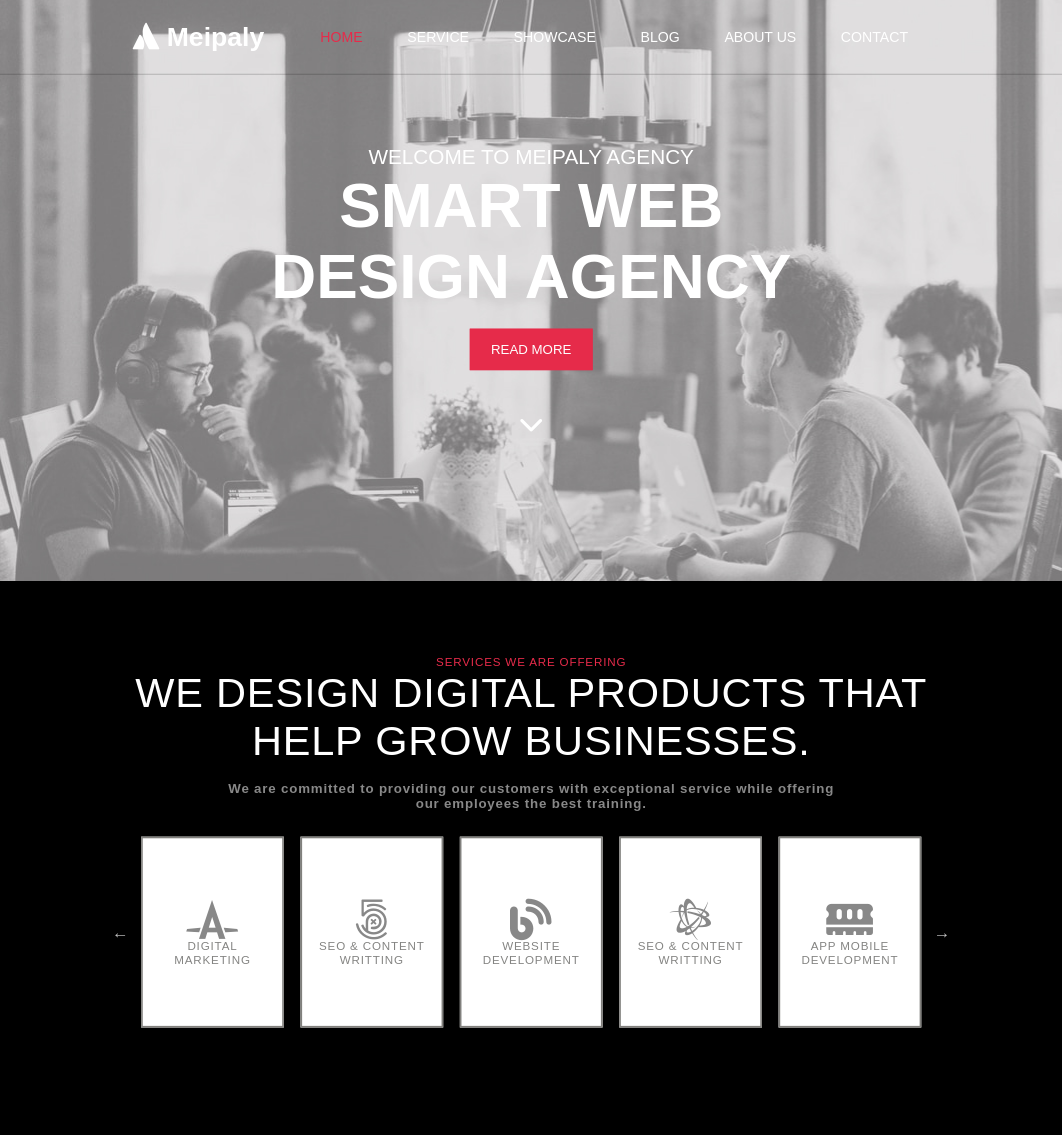
Repository: tudo1611/BC44_HTML5-CSS3_B6_MAIPALY_DO-TRUNG-TU
Page: index.html
An editor plug-in stored every save of this project. The page is shown before and after a run of saves, followed by the edit.
The browser window is 1280 px wide. The pictures show the whole page, at 83% of full size.
Some web fonts or font styles are not loaded; a fallback is used.

Above is the page before, as saved 2023-01-26 21:20:41.

### index.html
<!DOCTYPE html>
<html lang="en">
  <head>
    <meta charset="UTF-8" />
    <meta http-equiv="X-UA-Compatible" content="IE=edge" />
    <meta name="viewport" content="width=device-width, initial-scale=1.0" />
    <title>Document</title>
    <link
      rel="stylesheet"
      href="https://cdnjs.cloudflare.com/ajax/libs/font-awesome/6.2.1/css/all.min.css"
    />
    <!-- slick  -->
    <link rel="stylesheet" href="./css/slick.css" />
    <link rel="stylesheet" href="./css/slick-theme.css" />
    <!-- main css  -->
    <link rel="stylesheet" href="./css/style.css" />
  </head>
  <body>
    <header>
      <div class="header__content">
        <div class="header__logo">
          <i class="fab fa-atlassian"></i>
          <span>Meipaly</span>
        </div>
        <nav>
          <ul>
            <li class="active"><a href="#">Home</a></li>
            <li><a href="#">Service</a></li>
            <li><a href="#">Showcase</a></li>
            <li><a href="#">Blog</a></li>
            <li><a href="#">About us</a></li>
            <li><a href="#">Contact</a></li>
          </ul>
        </nav>
      </div>
    </header>
    <section class="banner"></section>
    <section class="carousel">
      <div class="carousel__content">
        <p>WELCOME TO MEIPALY AGENCY</p>
        <h1>
          SMART WEB <br />
          DESIGN AGENCY
        </h1>
        <button>READ MORE</button>
        <div class="carousel__scroll">
          <i class="fa fa-chevron-down"></i>
        </div>
      </div>
    </section>
    <section class="service">
      <div class="service__content">
        <div class="service__title">
          <p>SERVICES WE ARE OFFERING</p>
          <h2>WE DESIGN DIGITAL PRODUCTS THAT HELP GROW BUSINESSES.</h2>
          <p>
            We are committed to providing our customers with exceptional service
            while offering <br />
            our employees the best training.
          </p>
        </div>
        <div class="service__slider">
          <div class="slick-content">
            <div class="item">
              <i class="fa fa-dice-d6"></i>
              <p>
                APP MOBILE <br />
                DEVELOPMENT
              </p>
            </div>
            <div class="item">
              <i class="fab fa-autoprefixer"></i>
              <p>
                DIGITAL <br />
                MARKETING
              </p>
            </div>
            <div class="item">
              <i class="fab fa-500px"></i>
              <p>
                SEO &#38; CONTENT <br />
                WRITTING
              </p>
            </div>
            <div class="item">
              <i class="fa fa-blog"></i>
              <p>
                WEBSITE <br />
                DEVELOPMENT
              </p>
            </div>
            <div class="item">
              <i class="fab fa-battle-net"></i>
              <p>
                SEO &#38; CONTENT <br />
                WRITTING
              </p>
            </div>
            <div class="item">
              <i class="fa fa-memory"></i>
              <p>
                APP MOBILE <br />
                DEVELOPMENT
              </p>
            </div>
          </div>
        </div>
      </div>
    </section>
    <section class="blogs"></section>
    <section class="number"></section>
    <section class="experience"></section>
    <section class="contact"></section>
    <script
      src="https://code.jquery.com/jquery-3.6.3.slim.js"
      integrity="sha256-DKU1CmJ8kBuEwumaLuh9Tl/6ZB6jzGOBV/5YpNE2BWc="
      crossorigin="anonymous"
    ></script>
    <script src="./js/slick.min.js"></script>

    <script>
      $(document).ready(function () {
        $(".slick-content").slick({
          dots: true,
          infinite: true,
          autoplay: true,
          slidesToShow: 5,
          slidesToScroll: 5,
        });
      });
    </script>
  </body>
</html>

### css/style.css
* {
  margin: 0;
  padding: 0;
  box-sizing: border-box;
}
html,
body {
  font-family: "Oswald", sans-serif;
  font-size: 62.5%;
  color: #fff;
}
/* header  */
header {
  background-color: transparent;
  border-bottom: 1px solid rgba(0, 0, 0, 0.2);
  position: absolute;
  z-index: 10;
  width: 100%;
}
.header__content {
  width: 75%;
  margin: 0 auto;
  display: flex;
  justify-content: space-between;
  align-items: center;
  padding: 2.6rem 0;
}
.header__content ul {
  list-style: none;
}
.header__logo {
  font-size: 3.2rem;
  font-weight: 700;
  /* color: #fff; */
}
.header__content li {
  display: inline-block;
  padding: 0 2.6rem;
}
.header__content li.active a {
  color: #e62b4a;
}
.header__content li a {
  font-size: 1.7rem;
  color: #fff;
  text-transform: uppercase;
  text-decoration: none;
}
/* carousel  */
.carousel {
  background-image: url(../img/home_slider.jpg);
  background-size: cover;
  background-position: center;
  height: 70rem;
  display: flex;
  justify-content: center;
  align-items: center;
}
.carousel__content {
  text-align: center;
}
.carousel__content p {
  font-size: 2.5rem;
}
.carousel__content h1 {
  font-size: 7.5rem;
}
.carousel__content button {
  font-size: 1.6rem;
  margin-top: 2rem;
  padding: 1.5rem 2.5rem;
  background-color: #e62b4a;
  color: white;
  border: 1px solid #e62b4a;
  cursor: pointer;
  transition: all 0.5s;
}
.carousel__content button:hover {
  background-color: #af2239;
}
.carousel__scroll i {
  margin-top: 5rem;
  font-size: 3rem;
  animation: arrowDown 1s linear 0s infinite;
}

/* service  */
.service {
  text-align: center;
  padding: 9rem 0;
  background-color: #000;
}
.service__content {
  width: 75%;
  margin: 0 auto;
  letter-spacing: 1px;
}
.service__title {
  text-align: center;
}
.service__title p:first-of-type {
  font-size: 1.4rem;
  color: #e62b4a;
  font-weight: 300;
}
.service__title h2 {
  font-size: 5rem;
  color: #fff;
  font-weight: 400;
}
.service__title p:last-of-type {
  font-size: 1.6rem;
  color: #888888;
  font-weight: 700;
  margin-top: 2rem;
}
.service__slider {
  margin-top: 2rem;
}

.service__slider .item {
  width: 21.4rem;
  height: 23rem;
  border: 2px solid #81807d;
  background-color: #fff;
  color: #848482;
  text-align: center;
  margin: 1rem;
  display: flex;
  flex-direction: column;
  justify-content: center;
  align-items: center;
  position: relative;
}
.service__slider .item i{
  font-size: 5rem;
  color: #888888;
}
.service__slider .item p{
  font-size: 1.4rem;
}
.service__slider .item::after{
  content: "";
  height: 0;
  width: 5px;
  background-color: #e62b4a;
  display: block;
  position: absolute;
  top: 0;
  right: 0;
  transition: all .2s linear;
}
.service__slider .item:hover::after{
  height: 100%;
}




@keyframes arrowDown {
  form {
    opacity: 1;
    transform: translateY(0);
  }
  to {
    opacity: 0;
    transform: translateY(4rem);
  }
}

Loaded but not shown: css/slick.css (common file); css/slick-theme.css (library); js/slick.min.js (library)

After the next 2 saves:
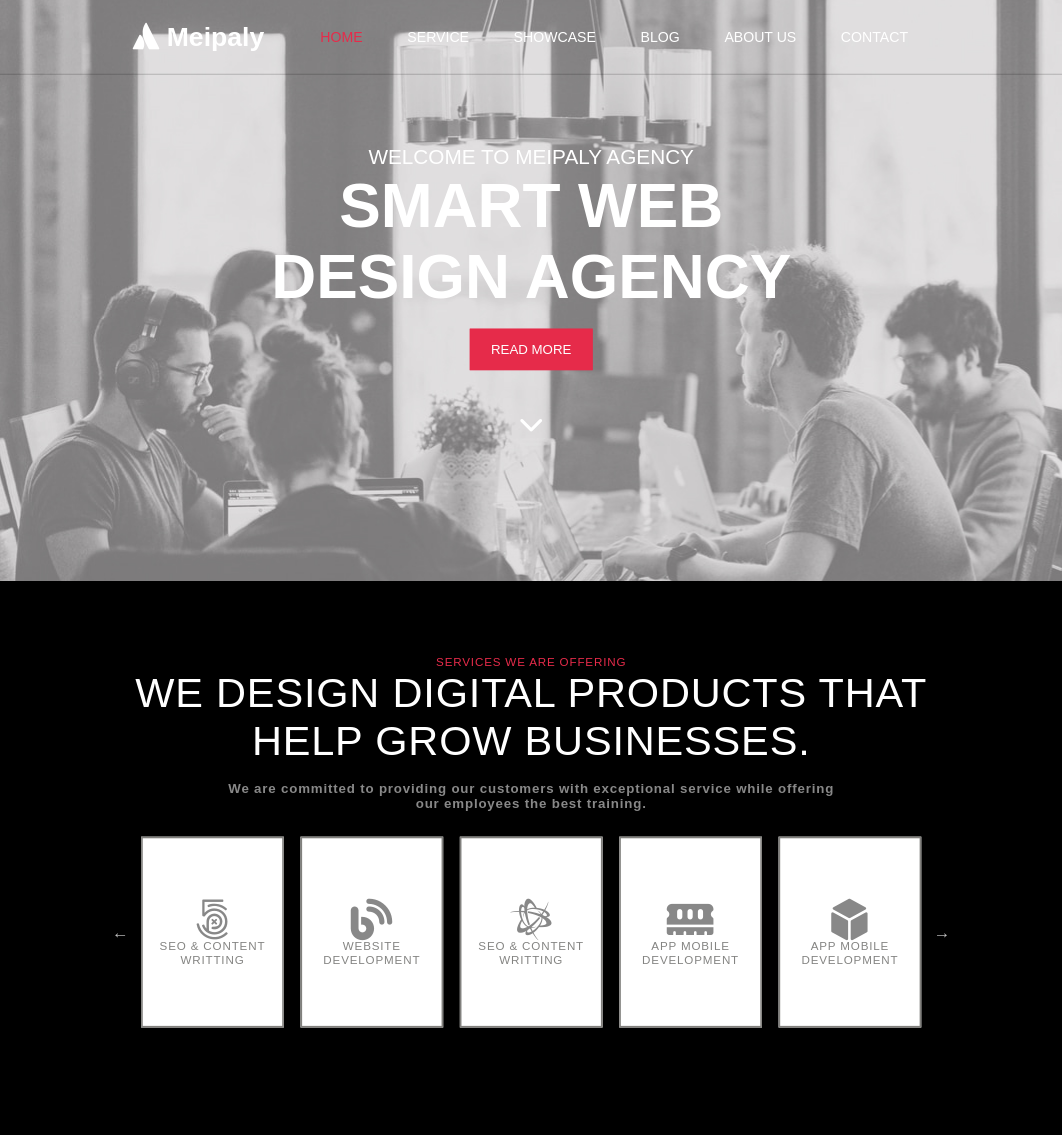
The 2 saves are shown as one change because they came seconds apart.
The last was saved 3 min 32 s later.
--- a/index.html
+++ b/index.html
@@ -124,8 +124,9 @@
           dots: true,
           infinite: true,
           autoplay: true,
+          autoplaySpeed: 2000,
           slidesToShow: 5,
-          slidesToScroll: 5,
+          slidesToScroll: 1,
         });
       });
     </script>
